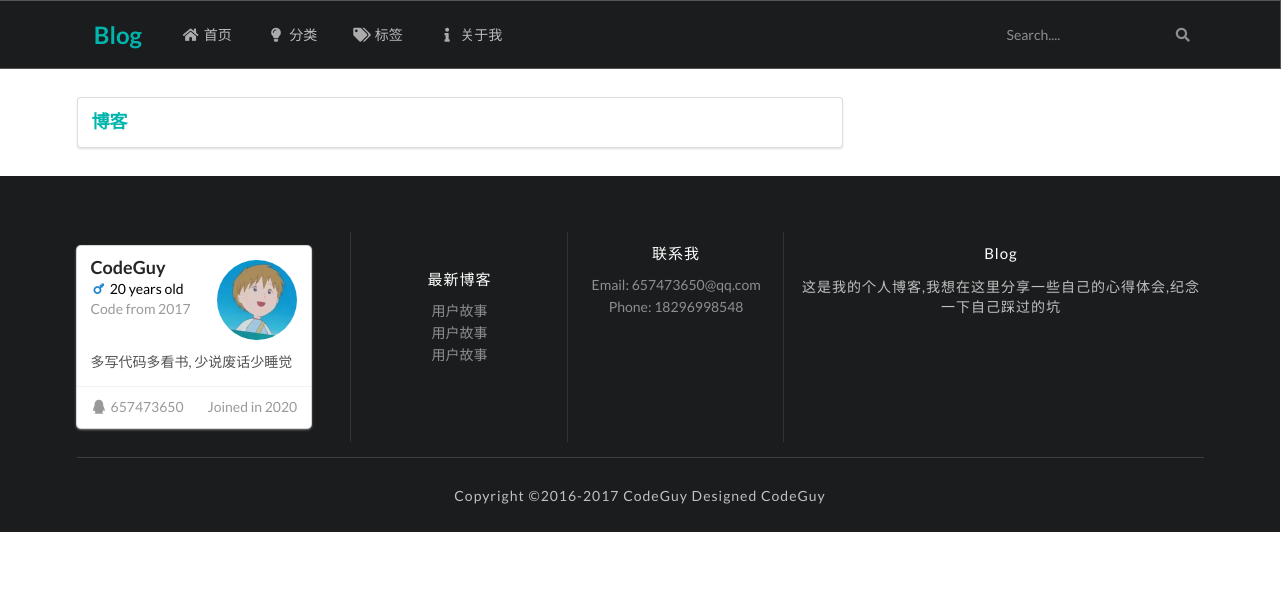
Repository: GOGOHQ/myblog
Page: index.html
An editor plug-in stored every save of this project. The page is shown before and after the next save, followed by the edit.
The browser window is 1280 px wide. The page is 1281 px wide, so the pictures cover 1281 px, including what lies to the right of the window. The pictures show the whole page.
Some web libraries are served in a nearby version.

Above is the page before, as saved 2020-01-16 18:46:10.

### index.html
<!DOCTYPE html>
<html lang="en">

<head>
    <meta charset="UTF-8">
    <meta name="viewport" content="width=device-width, inital-scale=1.0">
    <title>首页</title>
    <link rel="stylesheet" href="static/css/me.css">
    <link rel="stylesheet" href="https://cdn.jsdelivr.net/semantic-ui/2.2.4/semantic.min.css">
    <script src="https://cdn.jsdelivr.net/npm/jquery@3.2/dist/jqurey.min.js"></script>
    <script src="https://cdn.jsdelivr.net/semantic-ui/2.2.4/semantic.min.js"></script>
</head>

<body>
<!-- 导航 -->
<nav class="ui inverted  attached  segment m-padded-tb-mini">
    <div class="ui container">
        <div class="ui secondary inverted menu">
            <h2 class="ui teal header item">Blog</h2>
            <a href="#" class="item"><i class="home icon"></i>首页</a>
            <a href="#" class="item"><i class="idea icon"></i>分类</a>
            <a href="#" class="item"><i class="tags icon"></i>标签</a>
            <a href="#" class="item"><i class="info icon"></i>关于我</a>
            <div class="right item">
                <div class="ui icon  inverted transparent input">
                    <input type="text" placeholder="Search....">
                    <i class="search link icon"></i>
                </div>
            </div>
        </div>
    </div>
</nav>
<!-- 内容 -->
<div class="m-padded-tb-large">
    <div class="ui container">
        <div class="ui grid">
            <div class="eleven wide column">
                <div class="ui segment">
                    <div class="ui two column grid">
                        <div class="column">
                            <h3 class="ui teal header">博客</h3>
                        </div>
                    </div>
                </div>
            </div>
            <div class="five wide column"></div>
        </div>
    </div>
</div>
<!-- 底部 -->
<footer class="ui inverted vertical segment m-padded-tb-massive">
    <div class="ui center aligned container" style="height:230px">
        <div class="ui inverted divided grid fluid">
            <div class="four wide column left aligned" style="padding-right: 40px;">
                <div class="ui card">
                    <div class="content">
                        <img class="right circular floated tiny ui image" src="static/images/avatar.jpg">
                        <div class="header">
                            CodeGuy
                        </div>
                        <div class="meta">
                            <i class="icon blue mars stroke" style="margin:0px"></i>
                            <text style="color:black;">20 years old</text>
                        </div>
                        <div class="meta">
                            Code from 2017
                        </div>
                        <div class="description">
                            多写代码多看书, 少说废话少睡觉
                        </div>
                    </div>
                    <div class="extra content">
                        <a>
                            <i class="qq icon"></i>657473650
                        </a>
                        <span class="right floated">
                                    Joined in 2020
                                  </span>
                    </div>
                </div>
            </div>
            <div class="center aligned three wide column m-padded-top-middle">
                <h4 class="ui inverted header m-text-thin m-text-spaced">最新博客</h4>
                <div class="ui inverted link list">
                    <a href="#" class="item">用户故事</a>
                    <a href="#" class="item">用户故事</a>
                    <a href="#" class="item">用户故事</a>
                </div>
            </div>
            <div class="center aligned three wide column m-padded-t-middle">
                <h4 class="ui inverted header m-text-thin m-text-spaced">联系我</h4>
                <div class="ui inverted link list">
                    <a href="#" class="item">Email: 657473650@qq.com</a>
                    <a href="#" class="item">Phone: 18296998548</a>

                </div>
            </div>
            <div class="six wide column m-padded-t-middle">
                <h4 class="ui inverted header m-text-thin m-text-spaced">Blog</h4>
                <p class="m-text-thin m-text-spaced m-text-mini-opacity">这是我的个人博客,我想在这里分享一些自己的心得体会,纪念一下自己踩过的坑</p>
            </div>
        </div>
        <div class="ui inverted section divider"></div>
        <p class="m-text-thin m-text-spaced m-text-mini-opacity">Copyright ©2016-2017 CodeGuy Designed CodeGuy</p>
    </div>
</footer>
</body>


</html>

### static/css/me.css
.m-padded-tb-mini {
    padding-top: 0.2em !important;
    padding-bottom: 0.2em !important;
}

.m-padded-top-middle {
    padding-top: 40px !important
}

.m-padded-tb-massive {
    padding-top: 5em !important;
    padding-bottom: 5em !important;
}

.m-padded-tb-large {
    padding-top: 2em !important;
    padding-bottom: 2em !important;
}

.m-padded-tb-big {
    padding-top: 3em !important;
    padding-bottom: 3em !important;
}

.m-padded-tb-tiny {
    padding-top: 0.3em !important;
    padding-bottom: 0.3em !important;
}

.m-padded-tb-huge {
    padding-top: 4em !important;
    padding-bottom: 4em !important;
}

.m-padded-tb {
    padding-top: 1em !important;
    padding-bottom: 1em !important;
}

.m-padded-tb-small {
    padding-top: 0.5em !important;
    padding-bottom: 0.5em !important;
}


/* text */

.m-text-thin {
    font-weight: 400 !important
}

.m-text-spaced {
    letter-spacing: 1px !important
}

.m-text-lined {
    line-height: 1.8 !important
}

.m-text-mini-opacity {
    opacity: 0.8 !important
}

After the next save:
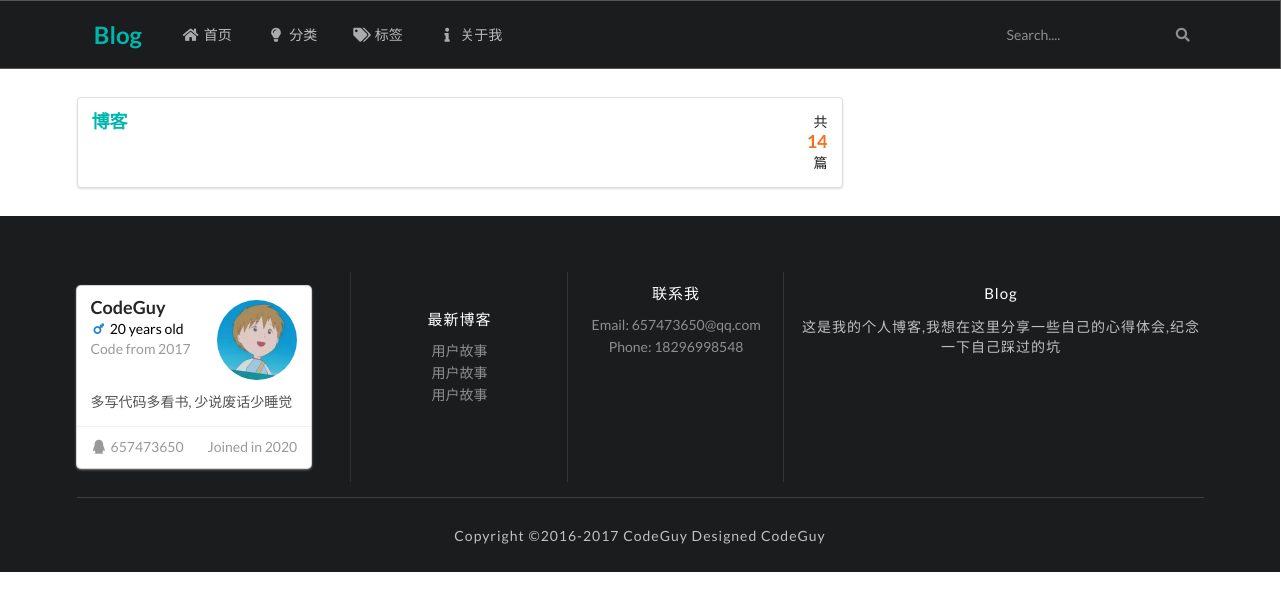
Saved 2 min 48 s later.
--- a/index.html
+++ b/index.html
@@ -39,6 +39,10 @@
                     <div class="ui two column grid">
                         <div class="column">
                             <h3 class="ui teal header">博客</h3>
+                        </div>
+                        <div class="right aligned column">
+                            共
+                            <h3 class="ui orange header m-inln">14</h3>篇
                         </div>
                     </div>
                 </div>
